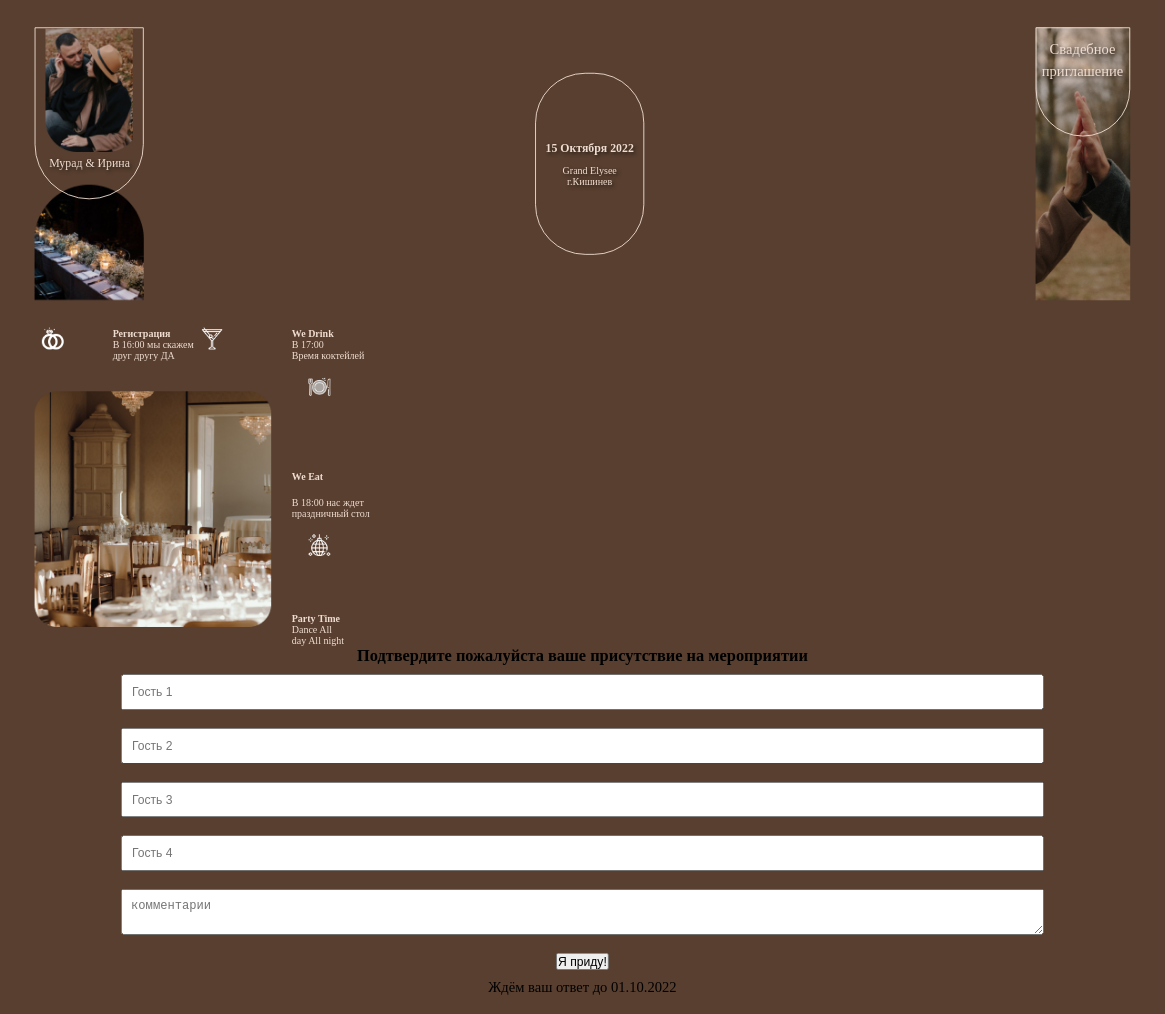
Repository: Anthony8845/wedding_invitation
Page: index.html
An editor plug-in stored every save of this project. The page is shown before and after the next save, followed by the edit.
The browser window is 1280 px wide. The pictures show the whole page, at 91% of full size.

Above is the page before, as saved 2022-07-29 18:49:05.

After the next save:
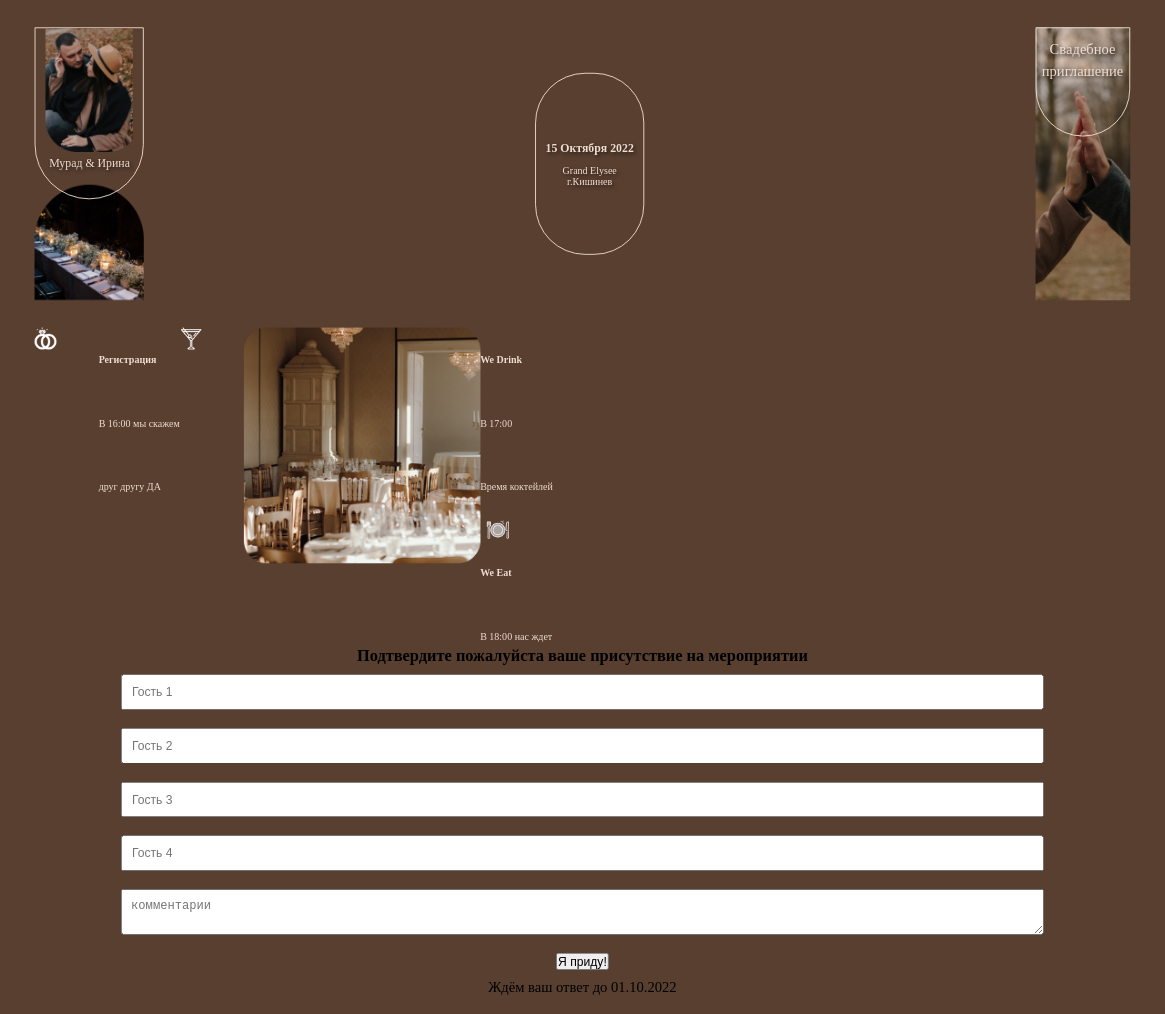
Saved 12 s later.
--- a/style.css
+++ b/style.css
@@ -122,7 +122,7 @@
 }
 .timetable_block {
     max-width: 260px;
-
+    line-height: 70px;
     display: flex;
 
 }

After the save that followed:
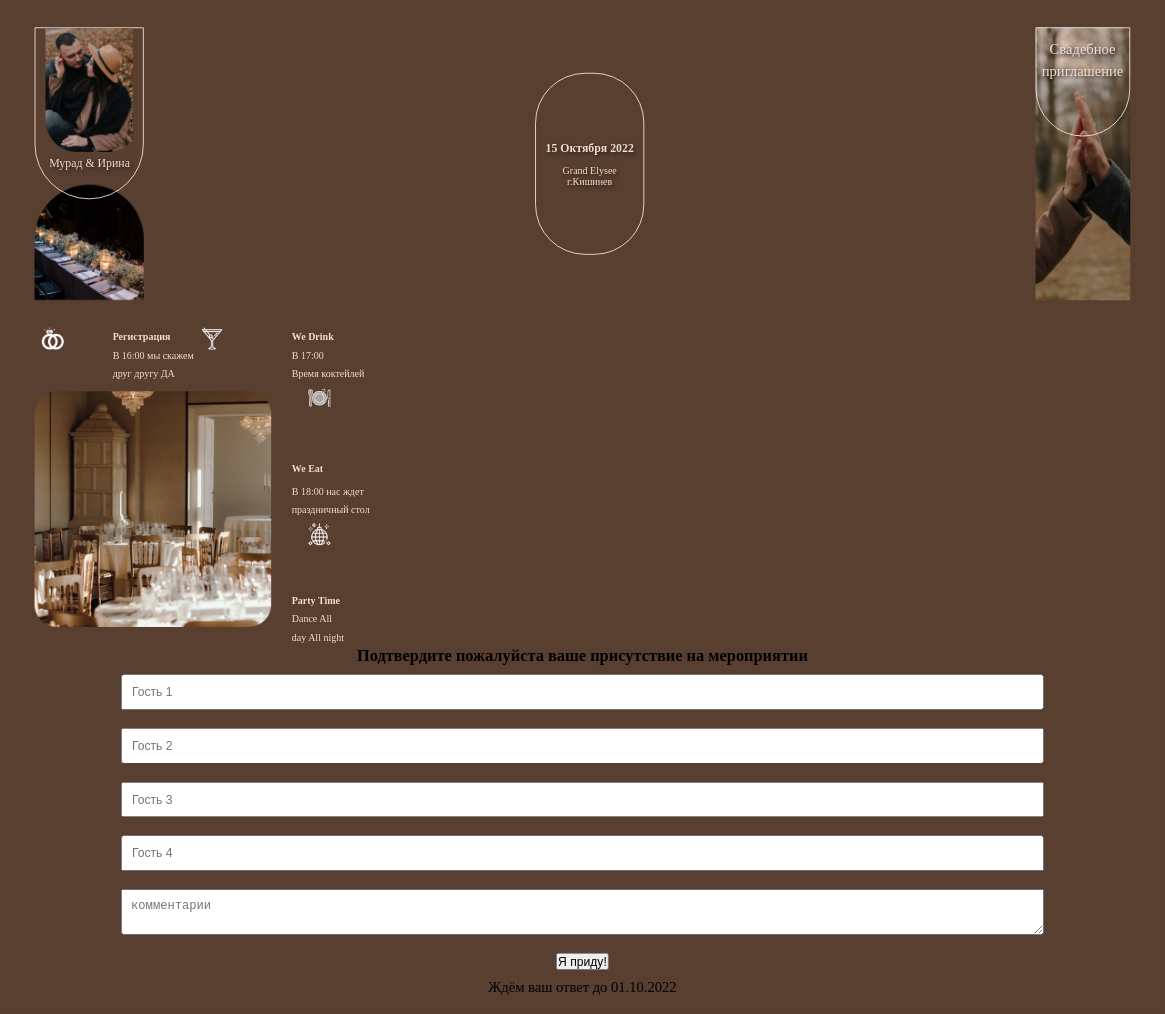
Saved 7 s later.
--- a/style.css
+++ b/style.css
@@ -122,7 +122,7 @@
 }
 .timetable_block {
     max-width: 260px;
-    line-height: 70px;
+    line-height: 20px;
     display: flex;
 
 }
